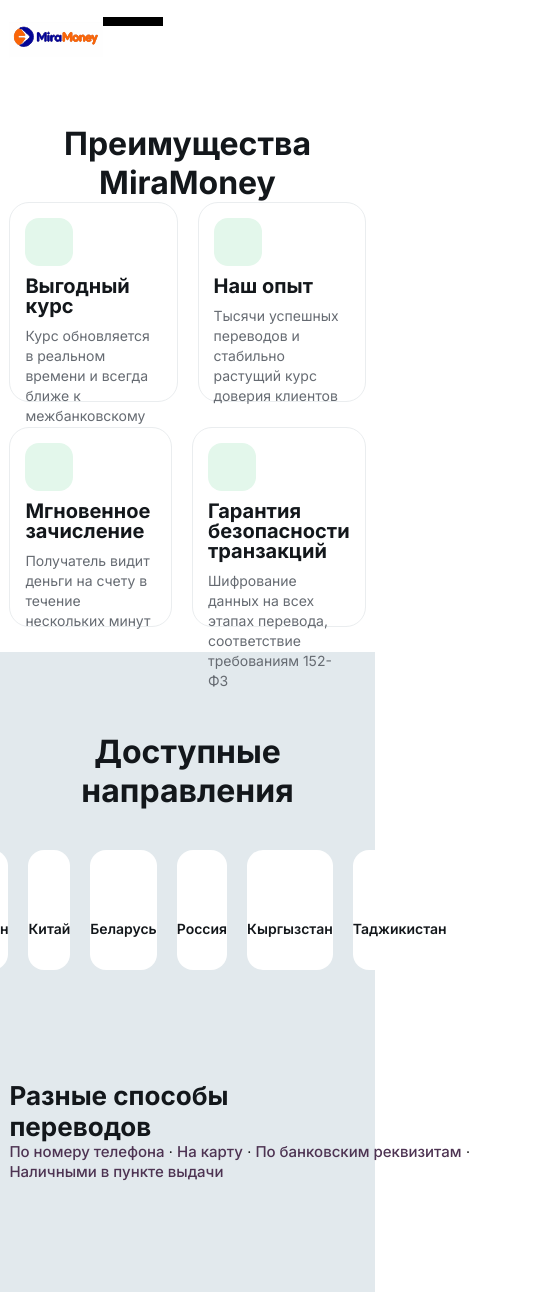
Repository: Shaiyr1/mira-money
Page: index.html
These files come from the project's save history. The page is drawn as it stood at one moment and after the next save; the edit follows.
The browser window is 375 px wide. The page is 557 px wide, so the pictures cover 557 px, including what lies to the right of the window. The pictures show the whole page.

Above is the page before, as saved 2026-10-23 17:35:37.

### index.html
<!DOCTYPE html>
<html lang="en">
<head>
    <meta charset="UTF-8">
    <meta http-equiv="X-UA-Compatible" content="IE=edge">
    <meta name="viewport" content="width=device-width, initial-scale=1.0">
    <link rel="stylesheet" href="/src/css/style.css">
    <title>Document</title>
</head>
<body>
    <header class="header">
        <nav class="header-nav">
            <a class="header-nav__link" href="">
                <img class="header-nav__link-logo" src="./src/img/logo.svg" alt="logo">
            </a>
            <ul class="header-nav__ul">
                <li class="header-nav__li">
                    <a class="header-nav__li-link" href="">Как это работает</a>
                </li>
                <li class="header-nav__li">
                    <a class="header-nav__li-link" href="">Направления</a>
                </li>
                <li class="header-nav__li">
                    <a class="header-nav__li-link" href="">Тарифы</a>
                </li>
                <li class="header-nav__li">
                    <a class="header-nav__li-link" href="">Вопросы</a>
                </li>
            </ul>
            <div class="header-nav__sign">
                <a class="header-nav__sign-link" href="">Войти</a>
                <button class="header-nav__sign-btn">Начать перевод</button>
            </div>
            <div class="header-menu">
                <span></span>
                <span></span>
                <span></span>
            </div>
        </nav>
    </header>
    <main class="main">
        <section class="home">
            <div class="container">

            </div>
        </section>
        <section class="advantages">
            <div class="container">
                <h2 class="advantages__title">
                    Преимущества MiraMoney
                </h2>
                <div class="advantages-blocks">
                    <div class="advantages-block">
                        <img class="advantages-block__icon" src="./src/img/icon.svg" alt="icon">
                        <h5 class="advantages-block__title">Выгодный курс</h5>
                        <p class="advantages-block__subtitle">Курс обновляется в реальном времени и всегда ближе к межбанковскому</p>
                    </div>
                    <div class="advantages-block">
                        <img class="advantages-block__icon" src="./src/img/icon.svg" alt="icon">
                        <h5 class="advantages-block__title">Наш опыт</h5>
                        <p class="advantages-block__subtitle">Тысячи успешных переводов и стабильно растущий курс доверия клиентов</p>
                    </div>
                </div>
                <div class="advantages-blocks">
                    <div class="advantages-block">
                        <img class="advantages-block__icon" src="./src/img/icon.svg" alt="icon">
                        <h5 class="advantages-block__title">Мгновенное зачисление</h5>
                        <p class="advantages-block__subtitle">Получатель видит деньги на счету в течение нескольких минут</p>
                    </div>
                    <div class="advantages-block">
                        <img class="advantages-block__icon" src="./src/img/icon.svg" alt="icon">
                        <h5 class="advantages-block__title">Гарантия безопасности транзакций</h5>
                        <p class="advantages-block__subtitle">Шифрование данных на всех этапах перевода, соответствие требованиям 152-ФЗ</p>
                    </div>
                </div>
            </div>
        </section>
        <section class="description">
            <div class="container">
                <h2 class="description__title">Доступные направления</h2>
                <div class="description-items">
                    <div class="description-item">
                        <p class="description-item__country">Узбекистан</p>
                    </div>
                    <div class="description-item">
                        <p class="description-item__country">Китай</p>
                    </div>
                    <div class="description-item">
                        <p class="description-item__country">Беларусь</p>
                    </div>
                    <div class="description-item">
                        <p class="description-item__country">Россия</p>
                    </div>
                    <div class="description-item">
                        <p class="description-item__country">Кыргызстан</p>
                    </div>
                    <div class="description-item">
                        <p class="description-item__country">Таджикистан</p>
                    </div>
                </div>
                <div class="description__ways">
                    <h3 class="description__ways-title">Разные способы переводов</h3>
                    <p class="description__ways-subtitle"><a href=""> По номеру телефона</a>  ·  <a href="">На карту</a>  ·
                        <a href="">По банковским реквизитам </a>  ·  <a href="">Наличными в пункте выдачи</a> </p>
                </div>
            </div>
        </section>
    </main>
    <footer class="footer">
        <div class="container">

        </div>
    </footer>
</body>
</html>

### src/css/style.css
@import url('https://fonts.googleapis.com/css2?family=Inter:ital,opsz,wght@0,14..32,100..900;1,14..32,100..900&display=swap');

* {
    margin: 0;
    padding: 0;
    box-sizing: border-box;
}

.container {
    width: 1280px;
    margin: 0 auto;
}

.header {}

.header-nav {
    width: 95%;
    height: 84px;
    margin: 0 auto;
    display: flex;
    align-items: center;
}

.header-nav__link {}

.header-nav__link-logo {}

.header-nav__ul {
    margin-left: 120px;
    display: flex;
    align-items: center;
    gap: 32px;
}

.header-nav__li {
    list-style-type: none;
}

.header-nav__li-link {
    text-decoration: none;
    color: #3f444c;
    font-size: 14px;
    font-family: Inter;
    font-weight: 500;
    transition: 0.4s;
}

.header-nav__li-link:hover {
    color: #0c8c47;
    transition: 0.4s;
    font-size: 14.5px;
}

.header-nav__sign {
    margin-left: auto;
    display: flex;
    align-items: center;
    gap: 12px;
}

.header-nav__sign-link {
    text-decoration: none;
    color: #3f454c;
    font-size: 14px;
    font-family: Inter;
    font-weight: 600;
    transition: 0.4s;
}

.header-nav__sign-link:hover {
    color: #0c8c47;
    transition: 0.4s;
    font-size: 14.5px;

}

.header-nav__sign-btn {
    background-color: #0c8c47;
    width: 180px;
    height: 44px;
    border-radius: 8px;
    color: #ffffff;
    font-size: 14px;
    font-family: Inter;
    font-weight: 600;
    border: none;
    cursor: pointer;
    transition: 0.4s;
}

.header-nav__sign-btn:hover {
    background-color: rgb(0, 96, 0);
    transition: 0.4s;
}



.advantages {
    padding-top: 40px;
}

.advantages__title {
    color: #13171b;
    text-align: center;
    font-size: 32px;
    font-family: Inter;
    font-weight: 700;
}

.advantages-blocks {
    width: 100%;
    display: flex;
    align-items: center;
    gap: 24px;
    margin-bottom: 40px;
}

.advantages-block {
    width: 50%;
    border: 1px solid #eaedef;
    border-radius: 20px;
    padding: 28px;
    display: flex;
    flex-direction: column;
    align-items: flex-start;
    gap: 10px;
}

.advantages-block__icon {}

.advantages-block__title {
    color: #13171b;
    font-size: 20px;
    font-family: Inter;
    font-weight: 700;

}

.advantages-block__subtitle {
    width: 400px;
    color: #666b72;
    text-align: left;
    font-size: 14px;
    font-family: Inter;
    line-height: 20px;
}




.description {
    padding: 80px 0;
    background-color: rgb(226, 233, 237);
}

.description__title {
    color: #13171b;
    text-align: center;
    font-size: 32px;
    font-family: Inter;
    font-weight: 700;
}

.description-items {
    margin-top: 40px;
    display: flex;
    justify-content: center;
    align-items: center;
    gap: 20px;
}

.description-item {
    background-color: #ffffff;
    width: 166px;
    height: 160px;
    border-radius: 16px;
}

.description-item__country {
    margin-top: 100px;
    color: #13171b;
    text-align: center;
    vertical-align: text-top;
    font-size: 14px;
    font-family: Inter;
    font-weight: 600;
}

.description__ways {
    margin-top: 80px;
    padding: 30px 0;
}

.description__ways-title {
    color: #13171b;
    text-align: left;
    font-size: 26px;
    font-family: Inter;
    font-weight: 700;
}

.description__ways-subtitle {
    width: 548px;
    font-size: 15px;

}

.description__ways-subtitle a {
    color: #4d3352;
    text-align: left;
    font-size: 15px;
    font-family: Inter;
    font-weight: 500;
    text-decoration: none;
    line-height: 20px;
}



@media (max-width: 1024px) {
    .container {
        width: 95%;
    }

    .advantages-blocks {
        gap: 20px;
        margin-bottom: 25px;

    }
}

@media(max-width: 768px) {
    .header-nav {
        margin: 0 auto;
    }
    .header-nav__ul {
        margin-left: 20px;
        gap: 15px;
    }
    .header-nav__li-link {
        white-space: nowrap;
        font-size: 12px;
    }
    .advantages-block__subtitle {
        width: 100%;
    }
    .advantages-block__title {
        line-height: 20px;
    }
    .advantages-block {
        padding: 15px;
        height: 200px;
    }

    .description-item {
        background-color: #ffffff;
        width: 166px;
        height: 120px;
        border-radius: 16px;
    }
    .description-item__country {
        margin-top: 70px;
    }



}

@media(max-width: 480px) {
    .header-nav__ul {
        display: none;
    }
    .header-nav__sign {
        display: none;
    }

    .header-menu {
        width: 60px;
        height: 50px;
        position: relative;
        right: 0;
    }
    .header-menu span {
        width: 100%;
        height: 3px;
        background-color: black;
        display: block;
    }
}

After the next save:
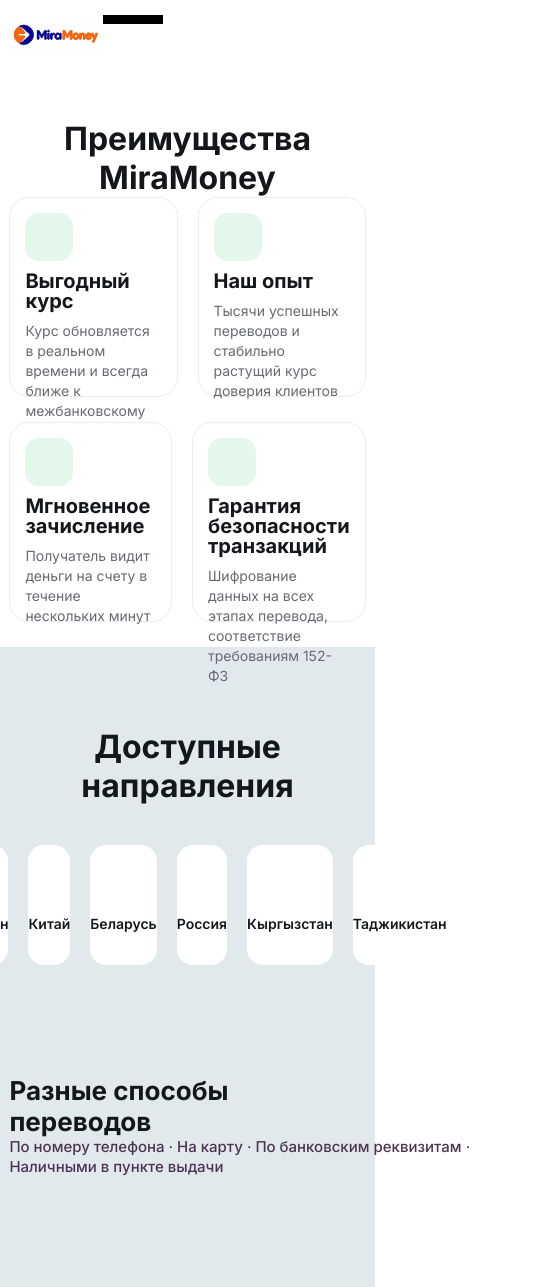
Saved 66 s later.
--- a/src/css/style.css
+++ b/src/css/style.css
@@ -267,6 +267,9 @@
 }
 
 @media(max-width: 480px) {
+    .header-nav {
+        height: 79px;
+    }
     .header-nav__ul {
         display: none;
     }
